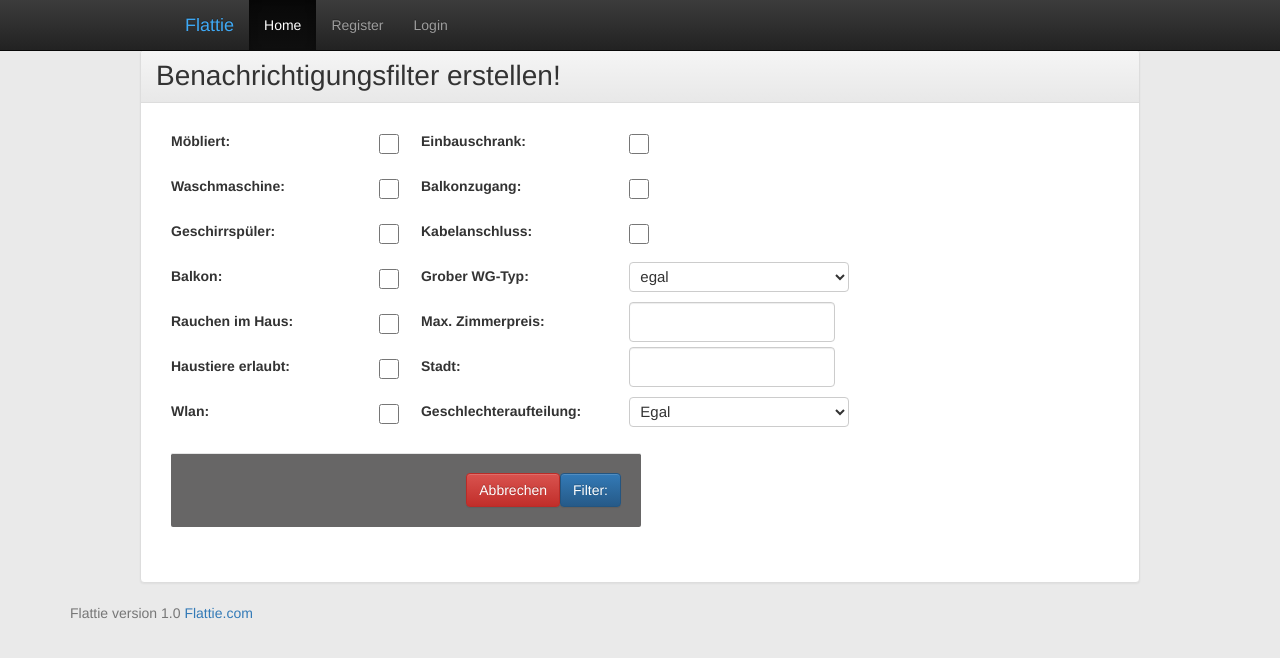
Repository: ese-unibe-ch/ese2014-team2
Page: http://localhost/Skeleton/pages/createCustomFilter.jsp
The author's editor kept a copy of each file at every save. The page is drawn from the files as they stood at one save, then again after the next save.
The browser window is 1280 px wide. The pictures show the whole page.
Some web libraries are served in a nearby version. The page is served by Tomcat 9. Nobody is signed in. The application's start-up code is not run. The template is opened directly, without the code that normally fills it, so the values that code supplies are empty.

Above is the page before, as saved 2014-11-26 12:47:49.
Console error (its wording comes from the project's code and is left out).

After the next save:
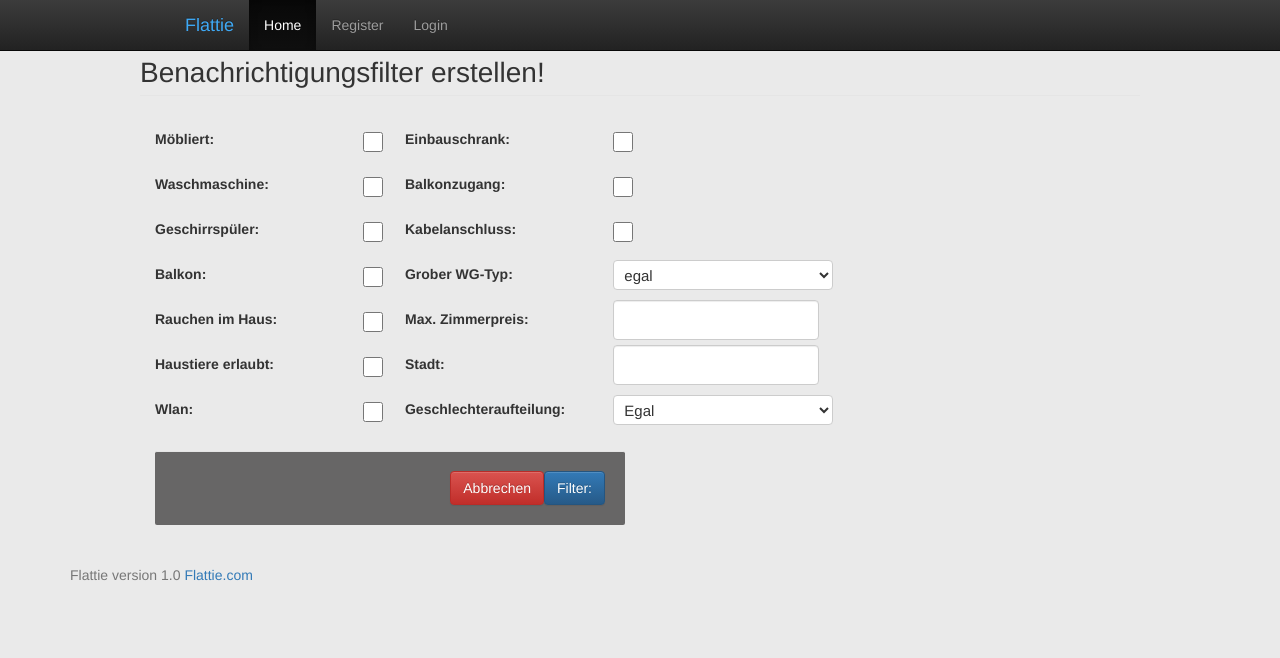
Saved 32 s later.
--- a/Skeleton/src/main/webapp/pages/createCustomFilter.jsp
+++ b/Skeleton/src/main/webapp/pages/createCustomFilter.jsp
@@ -14,14 +14,9 @@
 	</style>
 
 <div class="main">
-	<div class="col-sm-16">
-    	<div class="panel panel-default">
-        	<div class="panel-heading">
-            	<h3 class="panel-title">Benachrichtigungsfilter erstellen!</h3>
-            </div>
-            <div class="panel-body">
 
 
+		<legend>Benachrichtigungsfilter erstellen!</legend>
               <form:form method="post" modelAttribute="filterForm" action="saveCustomFilter"
 		id="filterForm" cssClass="form-horizontal" autocomplete="off"
 		enctype="multipart/form-data">
